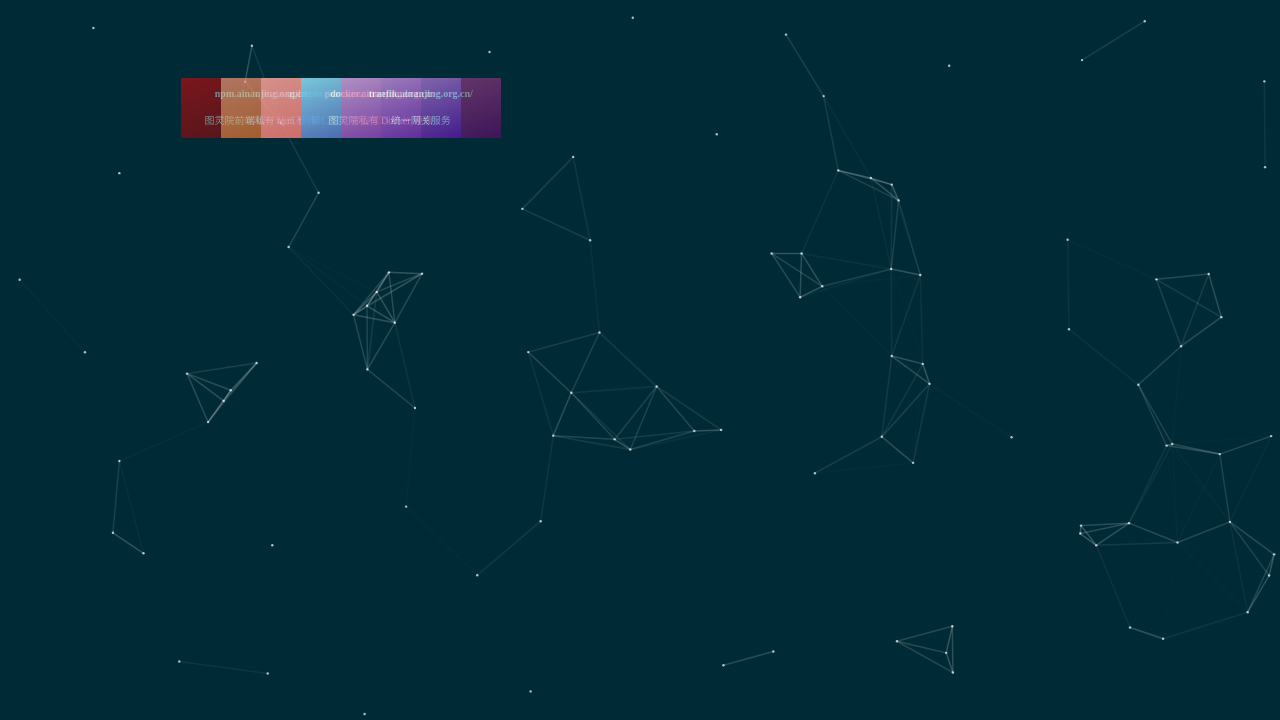
Repository: heweiwei1/portainer
Page: index.html
The author's editor kept a copy of each file at every save. The page is drawn from the files as they stood at one save, then again after the next save.
The browser window is 1280 px wide. The pictures show the whole page.

Above is the page before, as saved 2021-04-14 13:44:26.

After the next save:
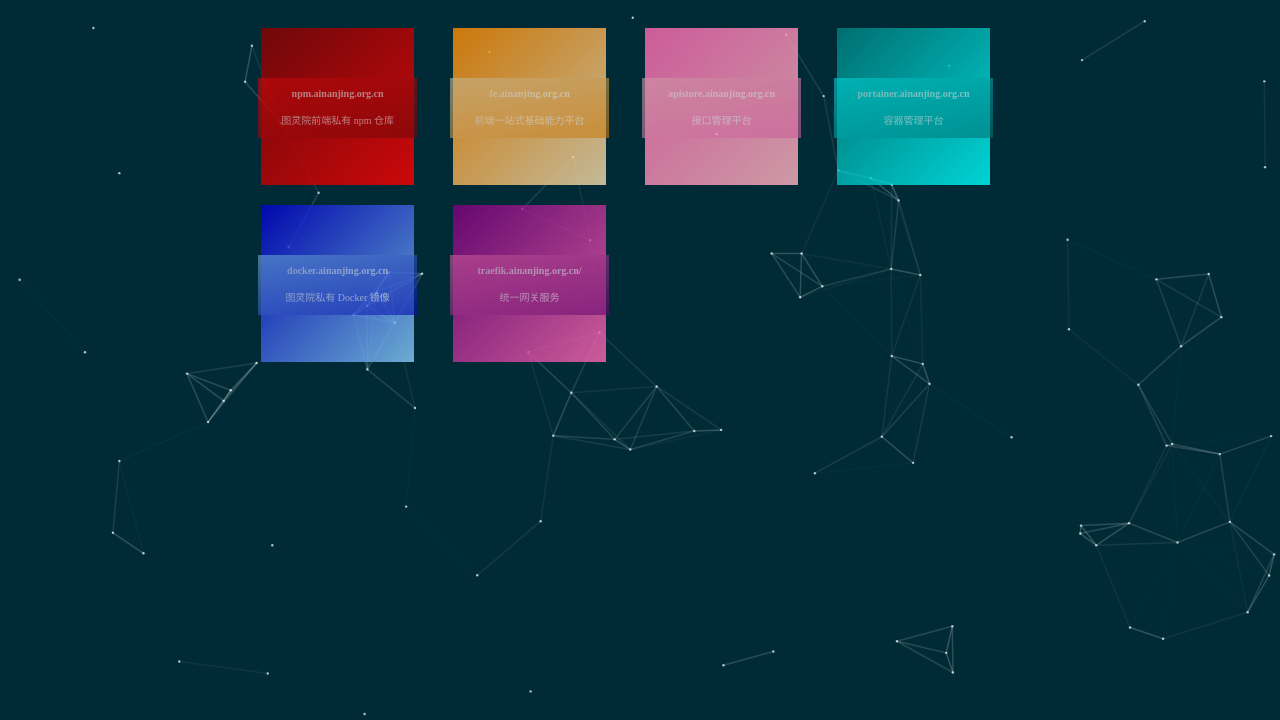
Saved 27 s later.
--- a/index.css
+++ b/index.css
@@ -16,13 +16,13 @@ a {
   flex-direction: column;
   align-items: center;
   /* width: calc((100% - 120px) / 4); */
-  width: 12wm;
+  width: 12vw;
   height: 157.05px;
   margin-top: 20px;
   font-size: 10px;
 }
 .demo a:not(:nth-child(4n)){
-  margin-right: 40px;
+  margin-right: 3vw;
 }
 .trans {
   position:absolute;
